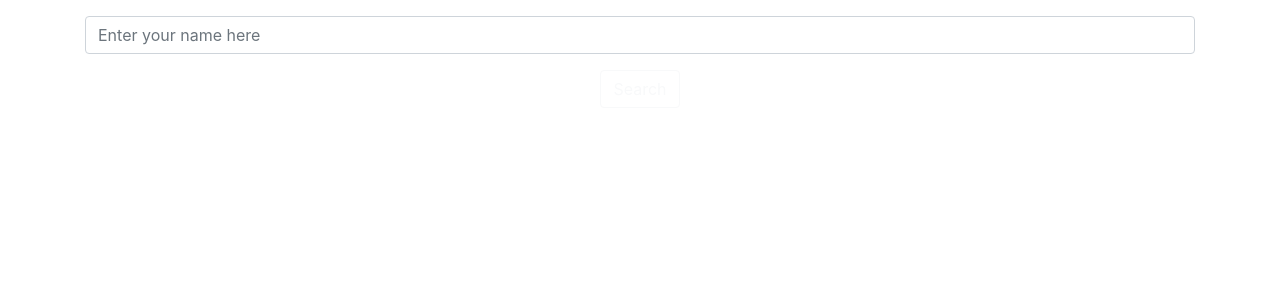
Repository: GovindParve/spring_mvc_maven_demo_one_project
Page: http://localhost/springmvcexample/home
The author's editor kept a copy of each file at every save. The page is drawn from the files as they stood at one save, then again after the next save.
The browser window is 1280 px wide. The pictures show the whole page.
Some web libraries are served in a nearby version. The page is served by Tomcat 9. Other server files are loaded and not shown.

Above is the page before, as saved 2023-06-18 19:24:40.

### springmvcexample/src/main/webapp/WEB-INF/spring-servlet.xml
<?xml version="1.0" encoding="UTF-8"?>

<!-- Configuration file -->

<beans xmlns="http://www.springframework.org/schema/beans"
	xmlns:xsi="http://www.w3.org/2001/XMLSchema-instance"
	xmlns:context="http://www.springframework.org/schema/context"
	xmlns:p="http://www.springframework.org/schema/p"
	xmlns:tx="http://www.springframework.org/schema/tx"
	xmlns:mvc="http://www.springframework.org/schema/mvc"
    xsi:schemaLocation="
        http://www.springframework.org/schema/beans
        http://www.springframework.org/schema/beans/spring-beans.xsd
        http://www.springframework.org/schema/context
        http://www.springframework.org/schema/context/spring-context.xsd
        http://www.springframework.org/schema/tx
        http://www.springframework.org/schema/tx/spring-tx.xsd
        http://www.springframework.org/schema/mvc
        http://www.springframework.org/schema/mvc/spring-mvc.xsd
        ">


	<context:component-scan base-package="springmvcexample" />

	<!-- <mvc:annotation-driven />
	<mvc:resources location="/WEB-INF/resources/" mapping="/resources/**" /> -->


	<bean
		 class="org.springframework.web.servlet.view.InternalResourceViewResolver"
		 name="viewResolver">
		<property name="prefix" value="/WEB-INF/views/" />
		<property name="suffix" value=".jsp" />
	</bean>

	<!-- Configuring  Multipart Resolver -->
	<!-- <bean
		 class="org.springframework.web.multipart.commons.CommonsMultipartResolver"
		 name="multipartResolver">
		 <property name="maxUploadSize" value="2097152"></property>
	</bean> -->



</beans>

### springmvcexample/src/main/webapp/WEB-INF/views/home.jsp
<%@ taglib prefix="c" uri="http://java.sun.com/jsp/jstl/core" %>
<!doctype html>
<html lang="en">
  <head>
    <!-- Required meta tags -->
    <meta charset="utf-8">
    <meta name="viewport" content="width=device-width, initial-scale=1, shrink-to-fit=no">

    <!-- Bootstrap CSS -->
    <link rel="stylesheet"
    	 href="https://cdn.jsdelivr.net/npm/bootstrap@4.0.0/dist/css/bootstrap.min.css"
    	 integrity="sha384-Gn5384xqQ1aoWXA+058RXPxPg6fy4IWvTNh0E263XmFcJlSAwiGgFAW/dAiS6JXm"
    	 crossorigin="anonymous">


    <title>Hello, world!</title>
  </head>
  <body>
    <div class="container">
    	<form action="welcome" class="mt-3">
    		<div class="form-group">
    			<input type="text" name="user" placeholder="Enter your name here" class="form-control" >
    		</div>
    		<div class="container text-center">
    			<button type="button" class="btn btn-outline-light">Search</button>
    		</div>
    	</form>
    </div>

    <!-- Optional JavaScript -->
    <!-- jQuery first, then Popper.js, then Bootstrap JS -->
    <script src="https://code.jquery.com/jquery-3.2.1.slim.min.js" integrity="sha384-KJ3o2DKtIkvYIK3UENzmM7KCkRr/rE9/Qpg6aAZGJwFDMVNA/GpGFF93hXpG5KkN" crossorigin="anonymous"></script>
    <script src="https://cdn.jsdelivr.net/npm/popper.js@1.12.9/dist/umd/popper.min.js" integrity="sha384-ApNbgh9B+Y1QKtv3Rn7W3mgPxhU9K/ScQsAP7hUibX39j7fakFPskvXusvfa0b4Q" crossorigin="anonymous"></script>
    <script src="https://cdn.jsdelivr.net/npm/bootstrap@4.0.0/dist/js/bootstrap.min.js" integrity="sha384-JZR6Spejh4U02d8jOt6vLEHfe/JQGiRRSQQxSfFWpi1MquVdAyjUar5+76PVCmYl" crossorigin="anonymous"></script>
  </body>
</html>

### springmvcexample/src/main/java/springmvcexample/HomeController.java
package springmvcexample;

import org.springframework.stereotype.Controller;
import org.springframework.ui.Model;
import org.springframework.web.bind.annotation.RequestMapping;
import org.springframework.web.bind.annotation.RequestParam;

@Controller
public class HomeController {

	//handling for request

	@RequestMapping("/home")
	public String home() {
		return "home";
	}

	@RequestMapping("/welcome")
	public String welcome(@RequestParam("user") String name, Model model) {
		System.out.println(name);
		model.addAttribute("name", name);
		return "welcome";
	}

}

After the next save:
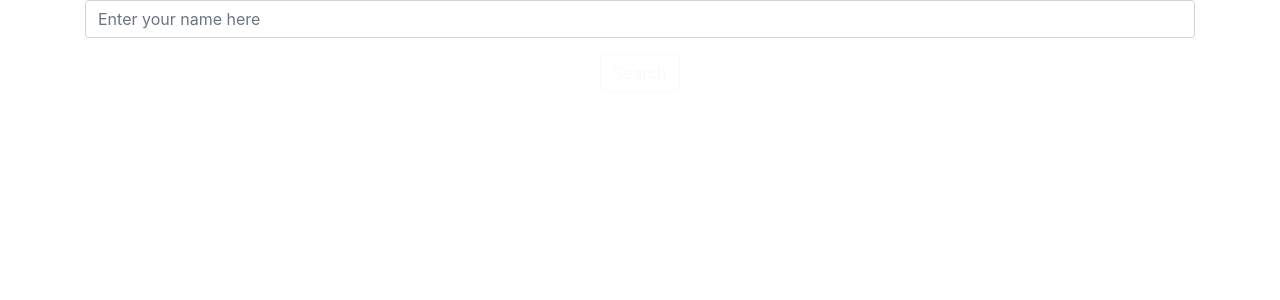
Saved 24 s later.
--- a/springmvcexample/src/main/webapp/WEB-INF/views/home.jsp
+++ b/springmvcexample/src/main/webapp/WEB-INF/views/home.jsp
@@ -17,7 +17,7 @@
   </head>
   <body>
     <div class="container">
-    	<form action="welcome" class="mt-3">
+    	<form action="welcome">
     		<div class="form-group">
     			<input type="text" name="user" placeholder="Enter your name here" class="form-control" >
     		</div>
